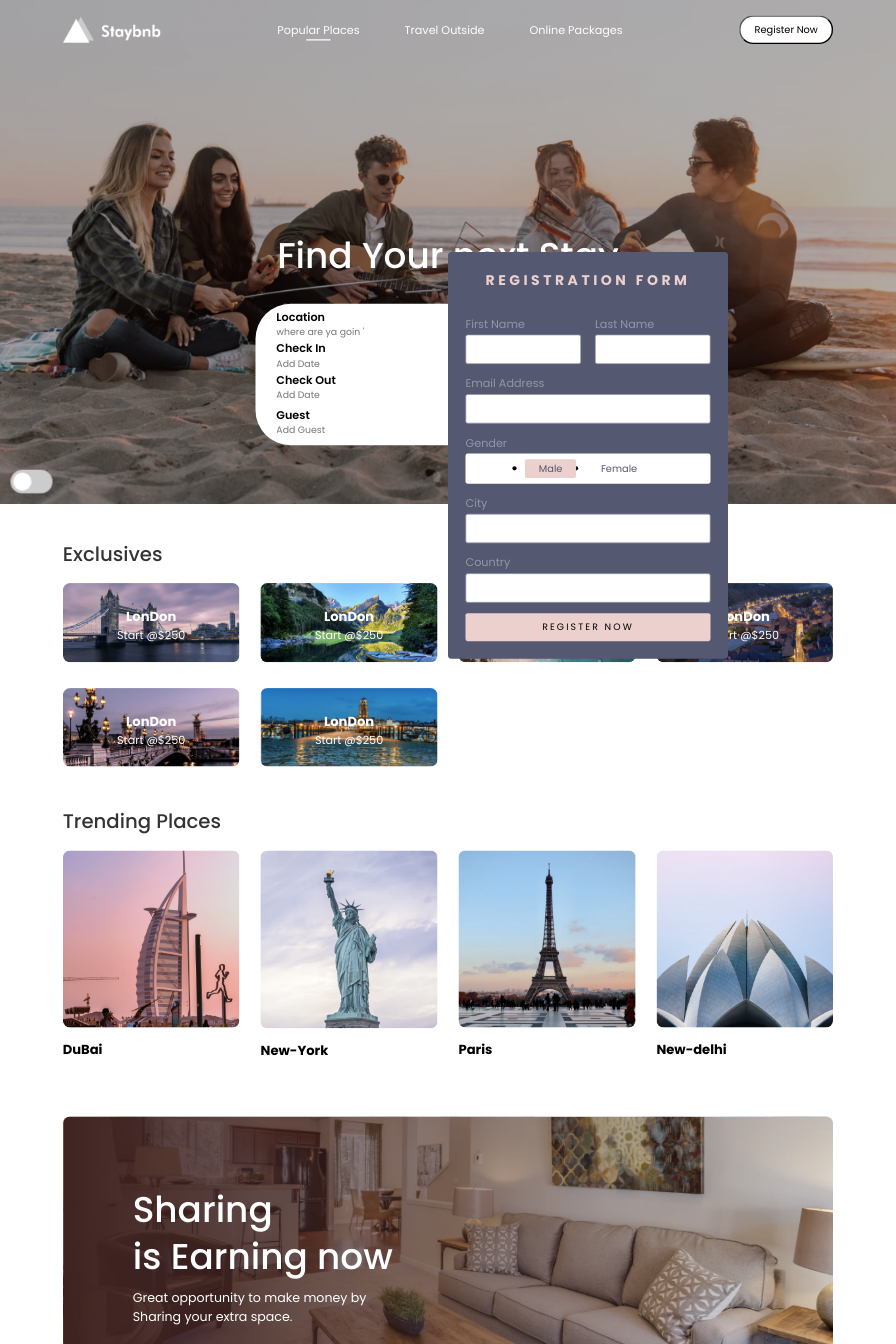
Repository: pinocoding/AirBnB
Page: index.html
These files come from the project's save history. The page is drawn as it stood at one moment and after the next save; the edit follows.
The browser window is 1280 px wide. The pictures show the part of the page from y = 0 to 1920 px (the page is 3041 px tall), at 70% of full size.

Above is the page before, as saved 2022-02-13 12:10:54.

After the next save:
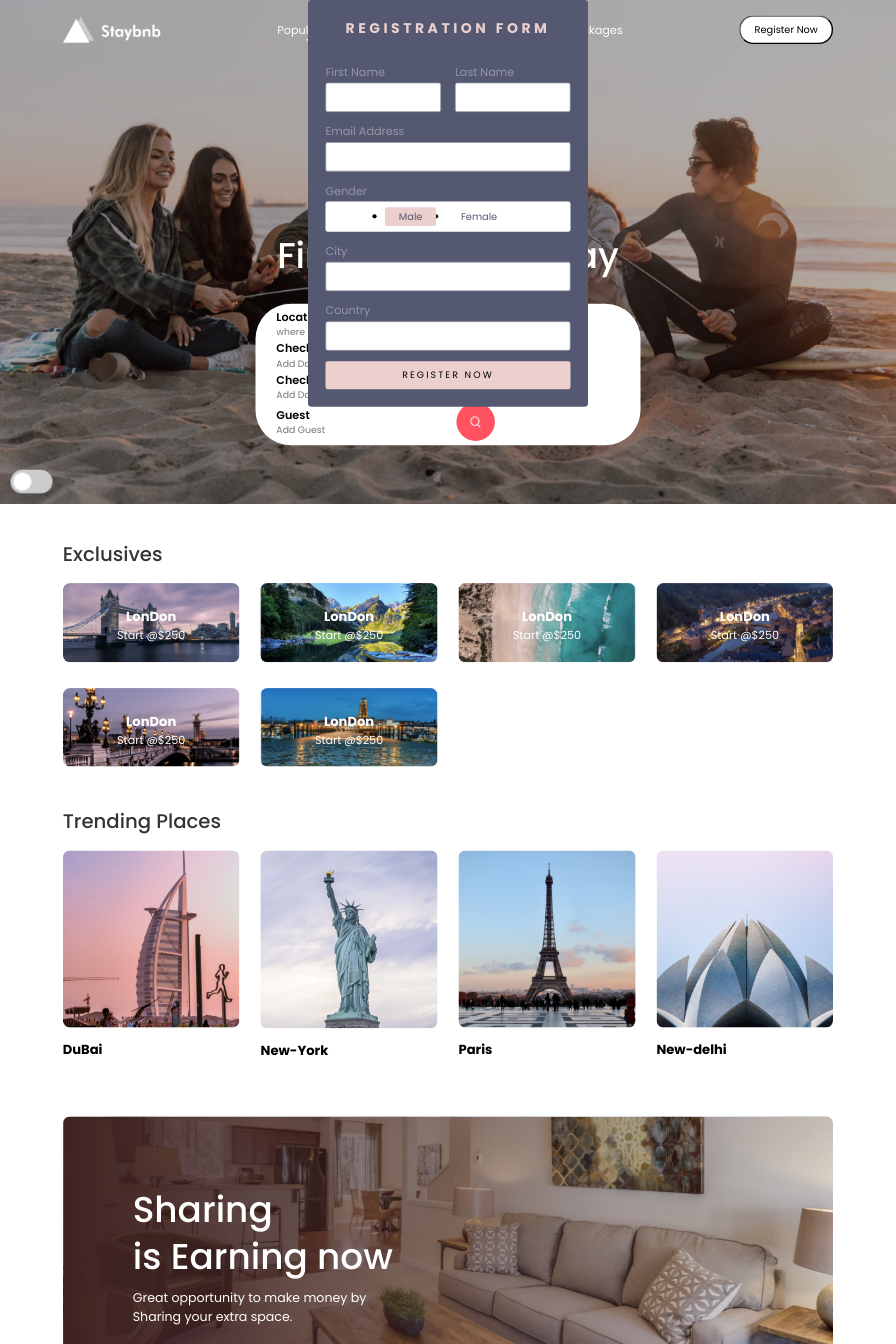
Saved 8 s later.
--- a/style.css
+++ b/style.css
@@ -310,7 +310,7 @@ nav {
     top: 0;
     left: 50%;
     top: 50%;
-    transform: translateX(-50%, -50%);
+    transform: translate(-50%, -50%);
 }
 
 .registration_form {
